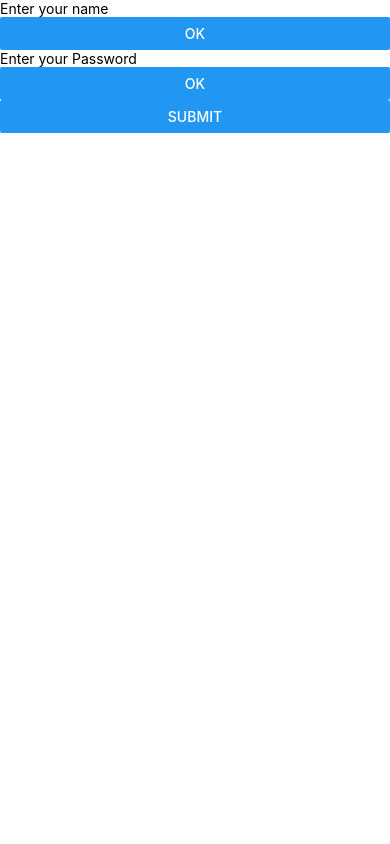
Repository: vsangavi/ReactNative-Form
Screen: /
These files come from the project's save history. The screen is drawn as it stood at one moment and after a run of saves; the edit follows.
The app was drawn by React Native's web renderer in a window 390 px wide. The project was rebuilt for these pictures with package versions that can differ from the ones it lists, and the page was loaded fresh each time.

Above is the screen before, as saved 2020-10-02 08:13:25.

### App.js
/**
 * Sample React Native App
 * https://github.com/facebook/react-native
 *
 * @format
 * @flow strict-local
 */

import React, {Component} from 'react';
import {
  AppRegistry,
  SafeAreaView,
  StyleSheet,
  ScrollView,
  View,
  TextInput,
  Text,
  StatusBar,
  Button,
} from 'react-native';

import {
  Header,
  LearnMoreLinks,
  Colors,
  DebugInstructions,
  ReloadInstructions,
} from 'react-native/Libraries/NewAppScreen';
import Input from './Input';

// const App: () => React$Node = () => {
//   const [name, setname] = useState('');
//   const [password, setpassword] = useState('');

//   return (
//     <View>
//       <Input
//         placeholder={'hello'}
//         value={name}
//         onChangeText={(text) => setname(text)}
//         type="text"
//       />
//       <Input
//         placeholder={'super'}
//         type="password"
//         value={password}
//         secureTextEntry
//         onChangeText={(text) => setpassword(text)}
//       />
//       <Input placeholder={'Fabulous'} />
//     </View>
//   );
// };
class App extends Component {
  constructor(props) {
    super();
    this.state = {
      name: '',
      password: '',
    };
  }
  render() {
    return (
      <View>
        <Input
          placeholder={'Enter your name'}
          value={this.state.name}
          onChangeText={(text) => this.setState({name: text})}
          type="text"
        />
        <Input
          placeholder={'Enter your Password'}
          secureTextEntry
          value={this.state.password}
          onChangeText={(text) => this.setState({password: text})}
        />
        <Button title="Submit" onPress={() => console.log(this.state)}></Button>
      </View>
    );
  }
}

const styles = StyleSheet.create({
  scrollView: {
    backgroundColor: Colors.lighter,
  },
  engine: {
    position: 'absolute',
    right: 0,
  },
  body: {
    backgroundColor: Colors.white,
  },
  sectionContainer: {
    marginTop: 32,
    paddingHorizontal: 24,
  },
  sectionTitle: {
    fontSize: 24,
    fontWeight: '600',
    color: Colors.black,
  },
  sectionDescription: {
    marginTop: 8,
    fontSize: 18,
    fontWeight: '400',
    color: Colors.dark,
  },
  highlight: {
    fontWeight: '700',
  },
  footer: {
    color: Colors.dark,
    fontSize: 12,
    fontWeight: '600',
    padding: 4,
    paddingRight: 12,
    textAlign: 'right',
  },
});

export default App;

### Input.js
import React, {useState} from 'react';
import {
  SafeAreaView,
  StyleSheet,
  ScrollView,
  View,
  Alert,
  TextInput,
  Text,
  StatusBar,
  Button,
} from 'react-native';
const Input = (props) => {
  let {value, placeholder, onChangeText, type} = props;
  const createTwoButtonAlert = () =>
    Alert.alert(
      'Alert Title',
      [
        {
          text: 'Cancel',
          onPress: () => console.log('Cancel Pressed'),
          style: 'cancel',
        },
        {text: 'OK', onPress: () => console.log('OK Pressed')},
      ],
      {cancelable: false},
    );

  return (
    <View>
      <TextInput style={{height:""}}
        value={value}
        placeholder={placeholder}
        onChangeText={onChangeText}
        type={type}
        {...props}
      />
      <Button title="ok" onPress={() => console.log(value)}></Button>
    </View>
  );
};
export default Input;

After the next 2 saves:
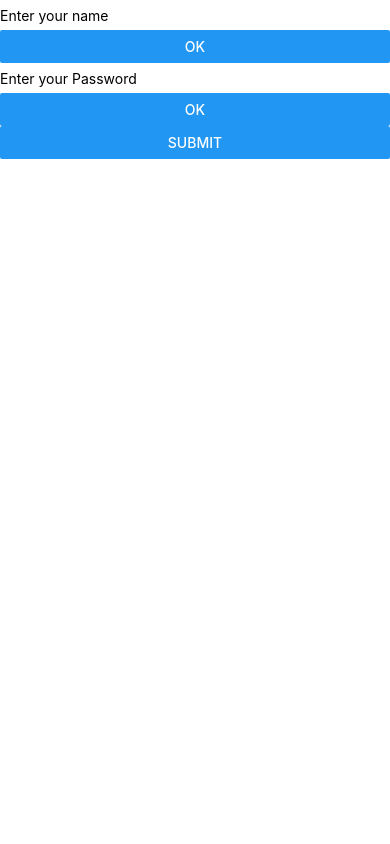
The 2 saves are shown as one change because they came seconds apart.
The last was saved 7 s later.
--- a/Input.js
+++ b/Input.js
@@ -28,7 +28,8 @@ const Input = (props) => {
 
   return (
     <View>
-      <TextInput style={{height:""}}
+      <TextInput
+        style={{height: 30}}
         value={value}
         placeholder={placeholder}
         onChangeText={onChangeText}
